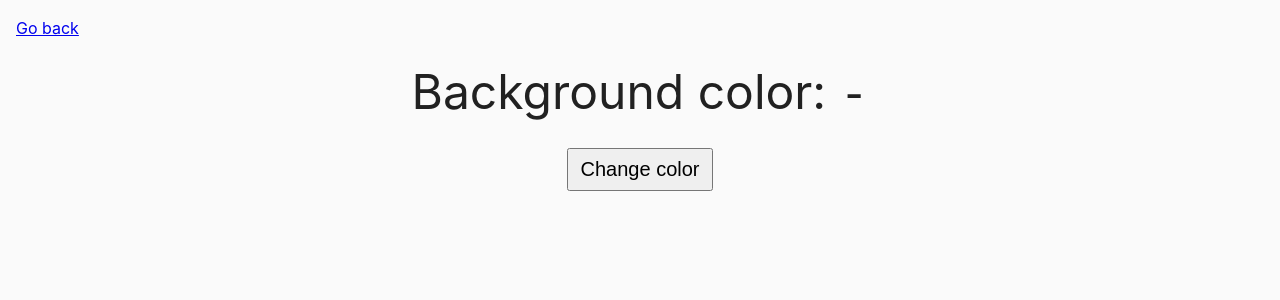
Repository: jandiman/goit-js-hw-06
Page: task-09.html
An editor plug-in stored every save of this project. The page is shown before and after the next save, followed by the edit.
The browser window is 1280 px wide. The pictures show the whole page.
After loading, the first visible `button.change-color` was clicked once.

Above is the page before, as saved 2023-10-22 04:51:51.
Console error: ReferenceError: randomColor is not defined

### task-09.html
<!DOCTYPE html>
<html lang="ru">
  <head>
    <meta charset="UTF-8" />
    <meta http-equiv="X-UA-Compatible" content="IE=edge" />
    <meta name="viewport" content="width=device-width, initial-scale=1.0" />
    <title>Task 9</title>
    <link rel="stylesheet" href="css/common.css" />
    <style>
      .widget {
        text-align: center;
      }

      .widget p {
        margin-top: 0;
        margin-bottom: 16px;
        font-size: 48px;
      }

      .widget span {
        font-family: monospace;
      }

      .widget button {
        padding: 8px 12px;
        font-size: 20px;
        cursor: pointer;
      }
    </style>
  </head>
  <body>
    <p><a href="index.html">Go back</a></p>

    <div class="widget">
      <p>Background color: <span class="color">-</span></p>
      <button type="button" class="change-color">Change color</button>
    </div>

    <script src="js/task-09.js" type="module"></script>
  </body>
</html>

### js/task-09.js
const bodyEl = document.querySelector("body");
const bgColor = document.querySelector(".color");
const chgColorBtn = document.querySelector(".change-color");

chgColorBtn.addEventListener("click", () => {
  const colorRandom = getRandomHexColor();
  bodyEl.style.backgroundColor = randomColor;
  bgColor.textContent = randomColor;
});

function getRandomHexColor() {
  return `#${Math.floor(Math.random() * 16777215)
    .toString(16)
    .padStart(6, 0)}`;
}

Loaded but not shown: css/common.css (common file)

After the next save:
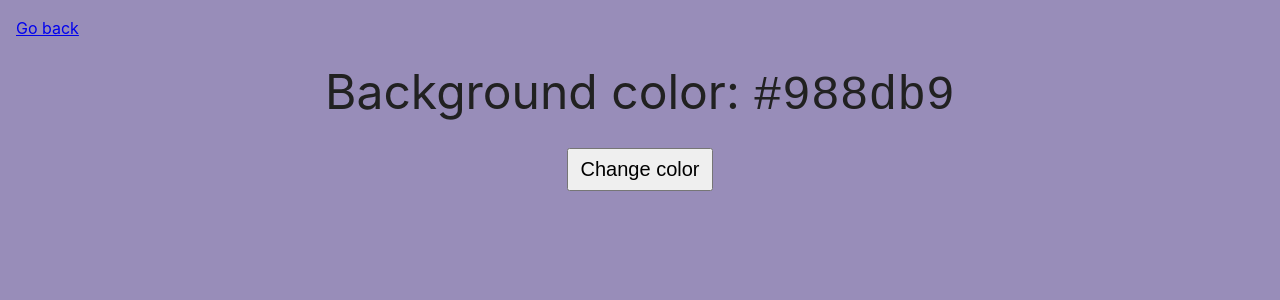
The error is gone.
Saved 33 s later.
--- a/js/task-09.js
+++ b/js/task-09.js
@@ -4,8 +4,8 @@ const chgColorBtn = document.querySelector(".change-color");
 
 chgColorBtn.addEventListener("click", () => {
   const colorRandom = getRandomHexColor();
-  bodyEl.style.backgroundColor = randomColor;
-  bgColor.textContent = randomColor;
+  bodyEl.style.backgroundColor = colorRandom;
+  bgColor.textContent = colorRandom;
 });
 
 function getRandomHexColor() {
